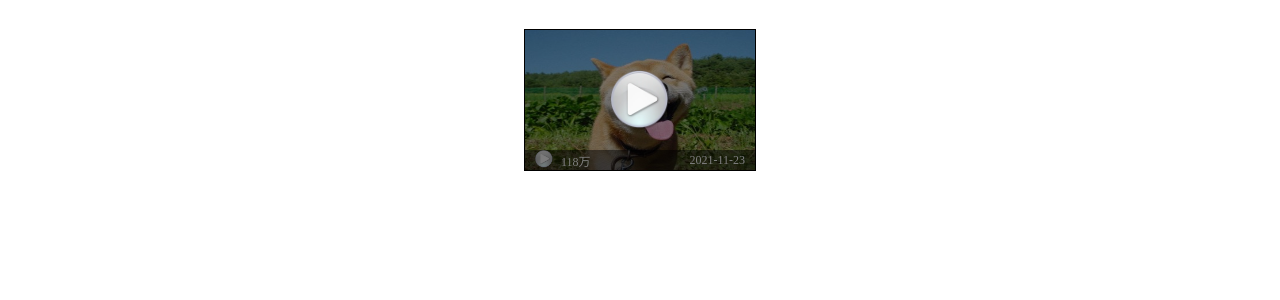
Repository: taoxiaofeng/hello-javascript
Page: master-class/position.html
The author's editor kept a copy of each file at every save. The page is drawn from the files as they stood at one save, then again after the next save.
The browser window is 1280 px wide. The pictures show the whole page.

Above is the page before, as saved 2024-07-29 23:02:12.

### master-class/position.html
<!DOCTYPE html>
<html lang="en">

<head>
  <meta charset="UTF-8">
  <meta name="viewport" content="width=device-width, initial-scale=1.0">
  <title>css定位</title>
  <style>
    * {
      margin: 0;
      padding: 0;
      box-sizing: border-box;
    }

    /* .bg {
      width: 100%;
      height: 100dvh;
    }

    .modal {
      width: 100%;
      height: 100%;
      position: fixed;
      top: 0;
      right: 0;
      bottom: 0;
      left: 0;
      background: rgba(0, 0, 0, 0.5);
      z-index: 5;
    }

    .dog {
      width: 200px;
      height: 200px;
      position: absolute;
      left: 50%;
      top: 50%;
      margin-left: -100px;
      margin-top: -100px;
    }

    .cat {
      width: 200px;
      height: 200px;
      position: fixed;
      top: 50%;
      right: 0;
      margin-top: -100px;
      background: url('./images/cat.jpg') no-repeat;
      padding-top: 50px;
      text-align: center;
    }

   .cat .qrcode {
    width: 100px;
    height: 100px;
  } */

    .item {
      outline: 1px solid #000;
      width: 230px;
      height: 140px;
      margin: 30px auto;
      position: relative;
    }

    .item img {
      width: 230px;
      height: 140px;
    }

    .aside {
      width: 100%;
      height: 20px;
      font-size: 12px;
      position: absolute;
      right: 0;
      bottom: 0;
      left: 0;
      background: rgba(0, 0, 0, 0.5);
      color: #fff;
      padding: 0 10px;
      line-height: 20px;
    }

    .aside .number .icon {
      display: inline-block;
      width: 18px;
      height: 18px;
      background: url('./images/play.webp') no-repeat;
      background-size: 100%;
      margin-right: 5px;
    }

    .aside .number {
      float: left;
    }

    .aside .date {
      float: right;
    }

    .number::before {
      content: '';
      display: inline-block;
      width: 18px;
      height: 18px;
      background: url('./images/play.webp') no-repeat;
      background-size: 100%;
      margin-right: 5px;
      vertical-align: -2px;
    }

    .modal {
      position: absolute;
      top: 0;
      left: 0;
      width: 100%;
      height: 100%;
      background: rgba(0, 0, 0, 0.5);
    }

    .modal .play img {
      width: 60px;
      height: 60px;
      position: absolute;
      top: 50%;
      left: 50%;
      margin-left: -30px;
      margin-top: -30px;
    }
  </style>
</head>

<body>

  <!-- <img class="bg" src="./images/bg.jpg" alt="">
  <div class="modal">
    <img class="dog" src="./images/dog.jpg" alt="">
  </div>

  <div class="cat">
    <img class="qrcode" src="./images/qr-code.webp" alt="">
  </div> -->

  <div class="item">
    <a href="">
      <img src="./images/dog.jpg" alt="">
    </a>
    <div class="aside">
      <div class="number">
        <!-- <span class="icon"></span>
        <span>118万</span> -->
        118万
      </div>
      <div class="date">2021-11-23</div>
    </div>
    <div class="modal">
      <a href="" class="play">
        <img src="./images/play.webp" alt="">
      </a>
    </div>
  </div>
</body>

</html>

After the next save:
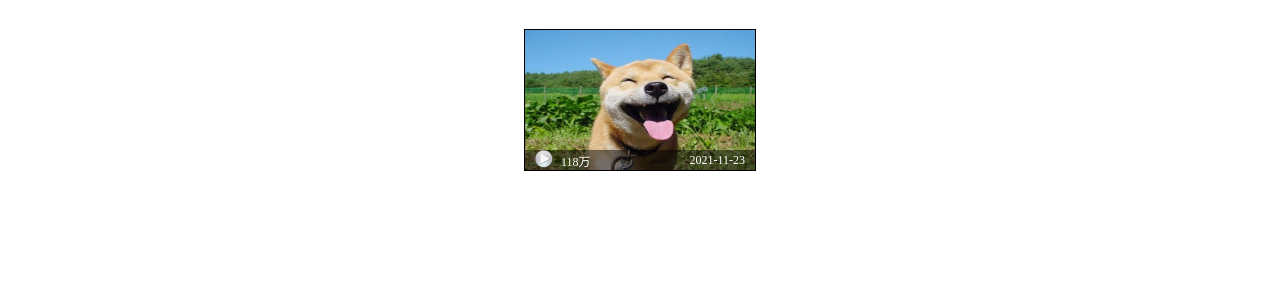
Saved 3 min 14 s later.
--- a/master-class/position.html
+++ b/master-class/position.html
@@ -118,6 +118,7 @@
       width: 100%;
       height: 100%;
       background: rgba(0, 0, 0, 0.5);
+      display: none;
     }
 
     .modal .play img {
